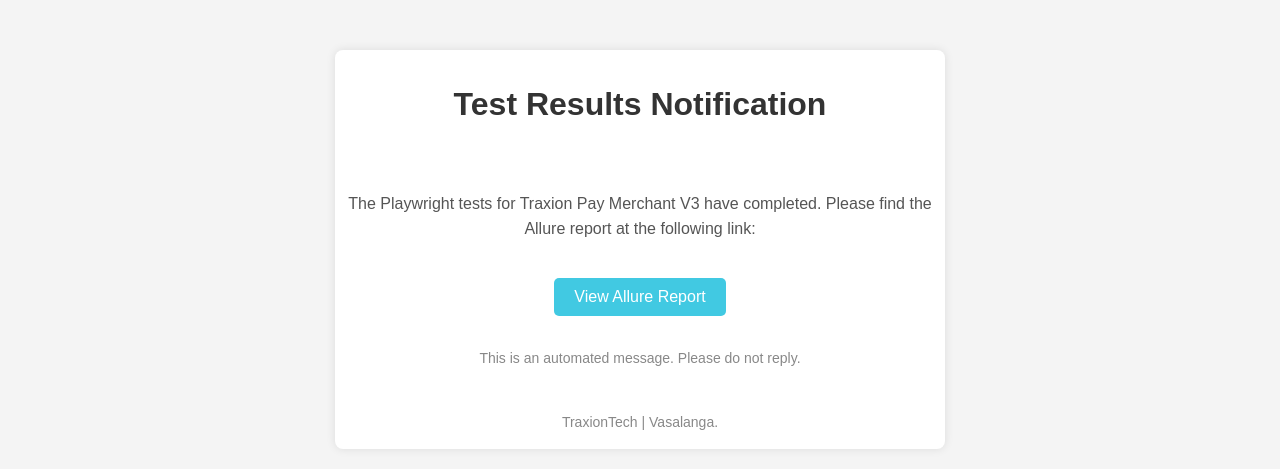
Repository: jmendozaqa24/TraxionPay-V3
Page: template.html
The author's editor kept a copy of each file at every save. The page is drawn from the files as they stood at one save, then again after the next save.
The browser window is 1280 px wide. The pictures show the whole page.

Above is the page before, as saved 2025-01-31 10:46:56.

After the next save:
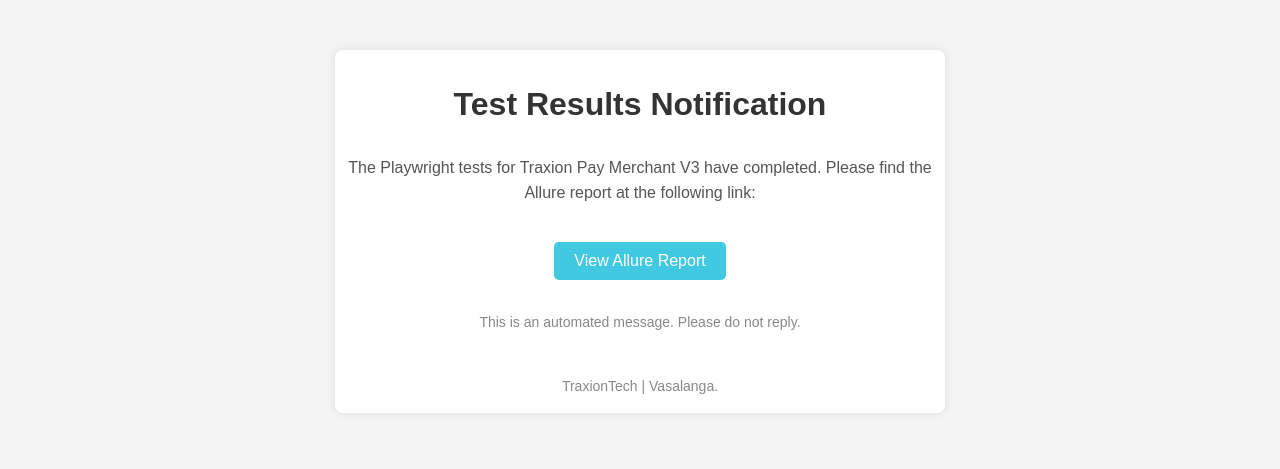
Saved 15 s later.
--- a/template.html
+++ b/template.html
@@ -7,7 +7,7 @@
             </head>
             <body style="font-family: Arial, sans-serif; background-color: #f4f4f4; margin: 5px 0; padding: 25px 0;">
                 <div style="max-width: 600px; margin: 20px auto; background-color: #ffffff; padding: 5px; border-radius: 8px; box-shadow: 0 0 10px rgba(0, 0, 0, 0.1);">
-                    <div style="text-align: center; padding-bottom: 20px;">
+                    <div style="text-align: center; padding-bottom: 0">
                         <h1 style="color: #333333; margin: 5; padding: 10px; ">Test Results Notification</h1>
                     </div>
                     <div style="text-align: center; margin: 5; padding: 0;">
